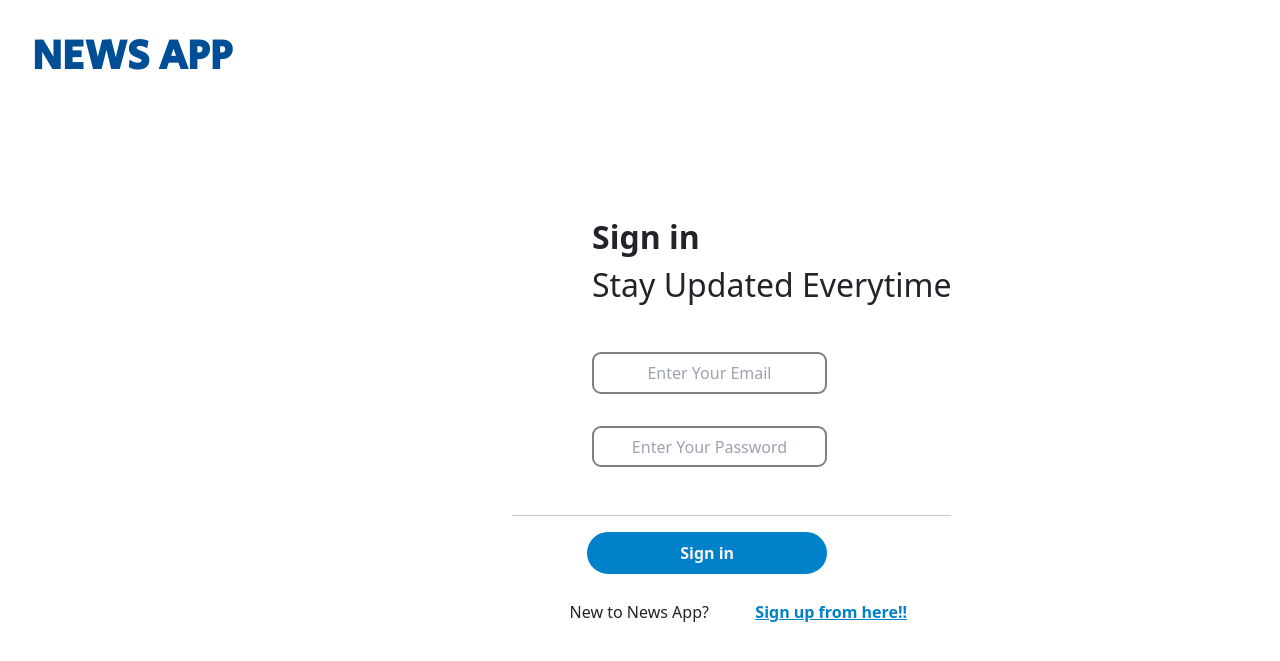
Repository: bhaveshdaipuria/newsapp
Page: /
An editor plug-in stored every save of this project. The page is shown before and after the next save, followed by the edit.
The browser window is 1280 px wide. The pictures show the whole page.
The project was rebuilt for these pictures with package versions that can differ from the ones it lists, and the page was loaded fresh each time. Also part of the build but not shown: src/components/NewsItem.jsx, src/components/Loading.jsx, src/components/News.jsx, src/components/Alert.jsx, src/components/Register.jsx, src/components/ModeSwitch.jsx.

Above is the page before, as saved 2023-04-03 18:37:44.

### public/index.html
<!DOCTYPE html>
<html lang="en">
  <head>
    <meta charset="utf-8" />
    <link rel="icon" href="%PUBLIC_URL%/favicon.ico" />
    <meta name="viewport" content="width=device-width, initial-scale=1" />
    <meta name="theme-color" content="#000000" />
    <meta
      name="description"
      content="Web site created using create-react-app"
    />
    <link rel="apple-touch-icon" href="%PUBLIC_URL%/logo192.png" />
    <!--
      manifest.json provides metadata used when your web app is installed on a
      user's mobile device or desktop. See https://developers.google.com/web/fundamentals/web-app-manifest/
    -->
    <link rel="manifest" href="%PUBLIC_URL%/manifest.json" />
    <!--
      Notice the use of %PUBLIC_URL% in the tags above.
      It will be replaced with the URL of the `public` folder during the build.
      Only files inside the `public` folder can be referenced from the HTML.

      Unlike "/favicon.ico" or "favicon.ico", "%PUBLIC_URL%/favicon.ico" will
      work correctly both with client-side routing and a non-root public URL.
      Learn how to configure a non-root public URL by running `npm run build`.
    -->
    <title>Daily News</title>
  </head>
  <body>
    <noscript>You need to enable JavaScript to run this app.</noscript>
    <div id="root"></div>
    <!--
      This HTML file is a template.
      If you open it directly in the browser, you will see an empty page.

      You can add webfonts, meta tags, or analytics to this file.
      The build step will place the bundled scripts into the <body> tag.

      To begin the development, run `npm start` or `yarn start`.
      To create a production bundle, use `npm run build` or `yarn build`.
    -->
  </body>
</html>

### src/index.js
import React from 'react';
import ReactDOM from 'react-dom/client';
import './index.css';
import App from './App';
import reportWebVitals from './reportWebVitals';
import { Provider } from 'react-redux';
import { store }  from './reduxToolkit/Store';
import 'bootstrap/dist/css/bootstrap.min.css';
import 'bootstrap/dist/js/bootstrap.bundle.min';

const root = ReactDOM.createRoot(document.getElementById('root'));

root.render(
  <React.StrictMode>
    <Provider store={store}>
    <App />
    </Provider>
  </React.StrictMode>
);

// If you want to start measuring performance in your app, pass a function
// to log results (for example: reportWebVitals(console.log))
// or send to an analytics endpoint. Learn more: https://bit.ly/CRA-vitals
reportWebVitals();

### src/App.js
import React from "react";
import './App.css'

import {
  BrowserRouter,
  Routes,
  Route
} from "react-router-dom";
import AppRoute from "./Router/AppRoute";

function App(){

  return (
    <>
    <BrowserRouter>
    <Routes>
     <Route path='*' element={<AppRoute/>}></Route>
    </Routes>
    </BrowserRouter>
    </>
  );
}

export default App;

### src/reduxToolkit/Store.jsx
import { configureStore } from "@reduxjs/toolkit";
import signInReducer from './signInStatus';
import userNameReducer from './userStatus';

export const store = configureStore({
    reducer: {
        signingIn: signInReducer,
        userNameValue: userNameReducer
    }
})

### src/App.css
@import url('https://fonts.googleapis.com/css2?family=Secular+One&display=swap');
.active{
    pointer-events: none;
    background-color: #ffffff;
    color: black;
    border-radius: 8px;
    font-weight: bolder;
    text-decoration: none;
}

.loginForm, .registerForm{
    margin-left: 40%;
    margin-top: 10%;
    display: inline-block;
}

.appHeading{
    padding-left: 2rem;
    padding-top: 2rem;
    font-size: 2.6rem;
    color: rgb(0, 78, 150);
    font-weight: bold;
    font-family: 'Secular One', sans-serif;
}
.loginHead, .registerHead{
    margin-bottom: 3rem;
}
.signInHeading, .signUpHeading{
    font-size: 2rem;
    font-weight: bold;
    margin-bottom: 0.6rem;
}
.registerInputs, .loginInputs{
    border-style: solid;
    border-color: grey;
    border-width: 2px;
    margin-bottom: 2rem;
    text-align: center;
    border-radius: 9px;
    text-align: center;
    height: 2.6rem;
}
.registerInputs:focus, .loginInputs:focus{
    border-color: rgb(0, 64, 107);
    border-width: 0.1rem;
    border-style: solid;
}
.loginSpan, .registerSpan{
    margin-left: 1.2rem;
    margin-top: -2rem;
    width: 10rem;
    margin-bottom: 1.4rem;
    font-weight: bolder;
    font-size: small;
}
.loginSubmit, .registerSubmit{
    border-style: solid;
    border-width: 2px;
    border-color: rgb(2, 129, 203);
    width: 15rem;
    border-radius: 30px;
    text-align: center;
    background-color: black;
    color: whitesmoke;
    background-color: rgb(2, 129, 203);
    margin-left: 4.7rem;
    font-weight: bold;
    margin-bottom: 1.6rem;
    height: 2.6rem;
}
.loginSubmit:hover, .registerSubmit:hover{
    background-color: rgb(2, 51, 125);
    border-color: rgb(2, 51, 125);
}
.linkDiv_Login, .registerDiv_Login{
    margin-left: 3.6rem;
}
.linkRegister, .linkLogin{
    margin-left: 2.9rem;
    color: rgb(2, 129, 203);
    font-weight: bold;
}
.registerContainer, .loginContainer{
    padding-left: 5rem;
}
hr{
    margin-bottom: 2rem;
}

### src/Router/AppRoute.jsx
import React, {useState} from 'react'
import { Routes, Route } from 'react-router-dom';
import News from '../components/News';
import PropTypes from 'prop-types';
import AuthRoute from './AuthRoute';
import Login from '../components/Login';
import ModeSwitch from '../components/ModeSwitch';
import { useSelector } from 'react-redux';

function AppRoute() {

  const signInValue = useSelector((state)=> state.signingIn.value);

    News.defaultProps = {
        newsCountry: "in",
        newsCategory: "general",
        newsNumber: 12
      }

    News.propTypes = {
      newsNumber: PropTypes.number,
      newsCategory: PropTypes.string
    }

    const[modeTxt, setModeTxt] = useState('Enable Dark Mode');
    const[hColor, setHColor] = useState('text-black');
    const[badgeColor, setBadgeColor] = useState('bg-dark');
    const[bodyColor, setBodyColor] = useState('bg-light');
    const[mode, setMode] = useState('bg-light');

    const toggleMode = ()=>{
      if(mode === 'bg-light'){
        setMode('bg-dark');
        setModeTxt('Enable Light Mode');
        setHColor('text-white');
        setBadgeColor('bg-danger');
        setBodyColor('bg-dark');
      }else{
        setMode('bg-light');
        setModeTxt('Enable Dark Mode');
        setMode('bg-light');
        setHColor('text-black');
        setBadgeColor('bg-dark');
        setBodyColor('bg-light');
      }
    }


  return (
    <Routes>
    <Route exact path='*' element={<AuthRoute/>}/>
    <Route path='/' element={<Login/>}/>
    <Route path='/:name' element={<News key='general' newsCategory='general' bodyColorProp={bodyColor} hColorProp={hColor} modeProp={mode} badgeColorProp={badgeColor} modeSwitchProp={<ModeSwitch toggleMode={toggleMode} modeTxt={modeTxt}/>}/>}/>
    <Route path='/news/general/:name' element={<News key='general' newsCategory='general' bodyColorProp={bodyColor} hColorProp={hColor} modeProp={mode} badgeColorProp={badgeColor} modeSwitchProp={<ModeSwitch toggleMode={toggleMode} modeTxt={modeTxt}/>}/>}/>
    <Route path='/news/sports/:name' element={<News key='sports' newsCategory='sports' bodyColorProp={bodyColor} hColorProp={hColor} modeProp={mode} badgeColorProp={badgeColor} modeSwitchProp={<ModeSwitch toggleMode={toggleMode} modeTxt={modeTxt}/>}/>}/>
    <Route path='/news/science/:name' element={<News key='science' newsCategory='science' bodyColorProp={bodyColor} hColorProp={hColor} modeProp={mode} badgeColorProp={badgeColor} modeSwitchProp={<ModeSwitch toggleMode={toggleMode} modeTxt={modeTxt}/>}/>}/>
    <Route path='/news/technology/:name' element={<News key='technology'newsCategory='technology' bodyColorProp={bodyColor} hColorProp={hColor} modeProp={mode} badgeColorProp={badgeColor} modeSwitchProp={<ModeSwitch toggleMode={toggleMode} modeTxt={modeTxt}/>}/>}/>
    <Route path='/news/health/:name' element={<News key='health' newsCategory='health' bodyColorProp={bodyColor} hColorProp={hColor} modeProp={mode} badgeColorProp={badgeColor} modeSwitchProp={<ModeSwitch toggleMode={toggleMode} modeTxt={modeTxt}/>}/>}/>
    <Route path='/news/business/:name' element={<News key='business' newsCategory='business' bodyColorProp={bodyColor} hColorProp={hColor} modeProp={mode} badgeColorProp={badgeColor} modeSwitchProp={<ModeSwitch toggleMode={toggleMode} modeTxt={modeTxt}/>}/>}/>
    <Route path='/news/politics/:name' element={<News key='politics' newsCategory='politics' bodyColorProp={bodyColor} hColorProp={hColor} modeProp={mode} badgeColorProp={badgeColor} modeSwitchProp={<ModeSwitch toggleMode={toggleMode} modeTxt={modeTxt}/>}/>}/>
    <Route path='/news/entertainment/:name' element={<News key='entertainment' newsCategory='entertainment' bodyColorProp={bodyColor} hColorProp={hColor} modeProp={mode} badgeColorProp={badgeColor} modeSwitchProp={<ModeSwitch toggleMode={toggleMode} modeTxt={modeTxt}/>}/>}/>
   </Routes>
  )
}

export default AppRoute

### src/reduxToolkit/signInStatus.jsx
import { createSlice } from "@reduxjs/toolkit";

const initialState = {
    value: null
}

export const isSignedIn = createSlice({
    name: 'signInReducer',
    initialState,
    reducers: {
        SIGN_IN: (state)=>{
            state.value = true;
        },
        SIGN_OUT: (state)=>{
            state.value = false;
        }
    }
})

export const {SIGN_IN, SIGN_OUT} = isSignedIn.actions;
export default isSignedIn.reducer;

### src/reduxToolkit/userStatus.jsx
import { createSlice } from "@reduxjs/toolkit";

const initialState = {
    value: null,
}

export const userID = createSlice({
    name: 'settingUserName',
    initialState,
    reducers:{
        userName: (state, action)=>{
            state.value = action.payload;
        }
    }
})

export const {userName} = userID.actions;
export default userID.reducer;

### src/components/Login.jsx
import React, {useState} from 'react';
import { useForm } from 'react-hook-form';
import { useDispatch } from 'react-redux';
import { Link, useNavigate } from 'react-router-dom';
import Alert from './Alert';
import { SIGN_IN } from '../reduxToolkit/signInStatus';
import { userName } from '../reduxToolkit/userStatus';
import { useSelector } from 'react-redux';

function Login(){

  let dispatch = useDispatch();

  if(document.body.classList.contains('bg-dark')){
    document.body.classList.remove('bg-dark');
  }else if(document.body.classList.contains('bg-light')){
    document.body.classList.remove('bg-light');
  }

  const{handleSubmit, register, formState: {errors}} = useForm({
   mode: "onChange"
  });

  let navigate = useNavigate();

  const[loginStatus, setLoginStatus] = useState();

  document.title = 'News - Login';
  document.body.style.backgroundColor = 'white';

  const onSubmit = (data) =>{
    const userData = JSON.parse(localStorage.getItem(data.email));
    if (userData) {
        if (userData.password === data.password){
          dispatch(SIGN_IN());
          dispatch(userName(userData.name));
          setLoginStatus(true);
          setTimeout(()=>{
            navigate(`/${userNameValue}`);
          }, 2000)
        } else {
          setLoginStatus(false);
        }
      }else{
        alert('This account does not exist. Register first.');
      }
  }

  let userNameValue = useSelector((state)=>state.userNameValue.value);

  return (
    <>
    {(loginStatus === true) && <Alert colorStatus='success' loginText='Login Successful!!!'></Alert>}
    {(loginStatus === false) && <Alert colorStatus='danger' loginText='Wrong Password. Try Again.'></Alert>}
    <h1 className='appHeading'>NEWS APP</h1>
    <div className='loginForm'>
    <form onSubmit={handleSubmit(onSubmit)}>
    <div className='loginContainer'>

    <div className='loginHead'>
    <h1 className='signInHeading'>Sign in</h1>
    <h2>Stay Updated Everytime</h2>
    </div>

    <input type="email" {...register('email', {required: "Email Required", pattern: {value: /^[A-Z0-9._%+-]+@[A-Z0-9.-]+\.[A-Z]{2,}$/i, message: "Enter Valid Email"}})} placeholder="Enter Your Email" className='loginInputs' disabled={loginStatus}/><br/>
    {errors.email && <div className='loginSpan text-start'><span className='text-red-900 text-sm'>*{errors.email.message}</span></div>}

    <input type="password" {...register('password', {required: "Password Required"})} placeholder="Enter Your Password" className='loginInputs' disabled={loginStatus}/><br/>
    {errors.password && <div className='loginSpan text-start'><span className='text-red-900 text-sm'>*{errors.password.message}</span></div>}
    </div>

    <hr />

    <div className='loginLinks'>
    <button type='submit' className='loginSubmit'>Sign in</button><br />
    <div className='linkDiv_Login'>
    <span>New to News App?</span>
    <Link to = "/signup" className='linkRegister'>Sign up from here!!</Link>
    </div>
    </div>

    </form>
    </div>
    </>
  )
}

export default Login;

### src/Router/AuthRoute.jsx
import React from 'react';
import {Routes, Route} from 'react-router-dom';
import Login from '../components/Login';
import Register from '../components/Register';

function AuthRoute(){

  return (
    <Routes>
    <Route path='/signin' element={<Login/>}/>
    <Route path='/signup' element={<Register/>}/>
    </Routes>
  )
}

export default AuthRoute;

Loaded but not shown: src/index.css (common file); src/reportWebVitals.js (common file); tailwind.config.js (common file)

After the next save:
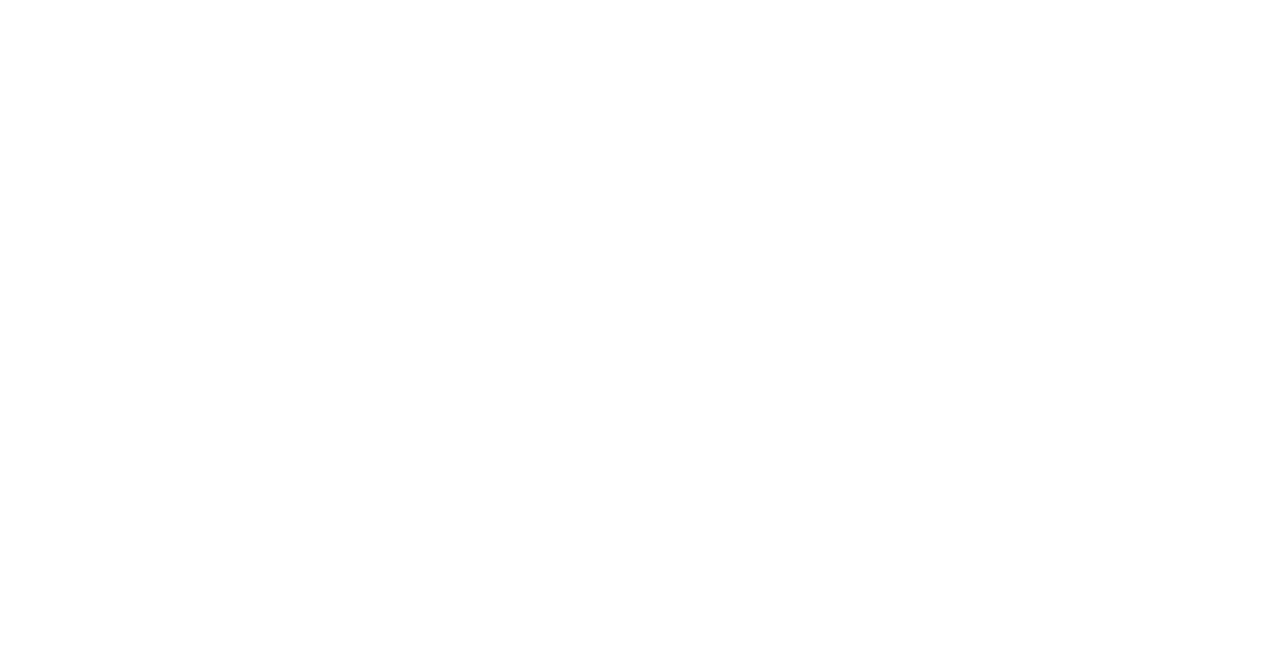
Saved 22 s later.
--- a/src/Router/AppRoute.jsx
+++ b/src/Router/AppRoute.jsx
@@ -49,7 +49,7 @@
   return (
     <Routes>
     <Route exact path='*' element={<AuthRoute/>}/>
-    <Route path='/' element={<Login/>}/>
+    <Route path=':name' element={<Login/>}/>
     <Route path='/:name' element={<News key='general' newsCategory='general' bodyColorProp={bodyColor} hColorProp={hColor} modeProp={mode} badgeColorProp={badgeColor} modeSwitchProp={<ModeSwitch toggleMode={toggleMode} modeTxt={modeTxt}/>}/>}/>
     <Route path='/news/general/:name' element={<News key='general' newsCategory='general' bodyColorProp={bodyColor} hColorProp={hColor} modeProp={mode} badgeColorProp={badgeColor} modeSwitchProp={<ModeSwitch toggleMode={toggleMode} modeTxt={modeTxt}/>}/>}/>
     <Route path='/news/sports/:name' element={<News key='sports' newsCategory='sports' bodyColorProp={bodyColor} hColorProp={hColor} modeProp={mode} badgeColorProp={badgeColor} modeSwitchProp={<ModeSwitch toggleMode={toggleMode} modeTxt={modeTxt}/>}/>}/>

After the save that followed:
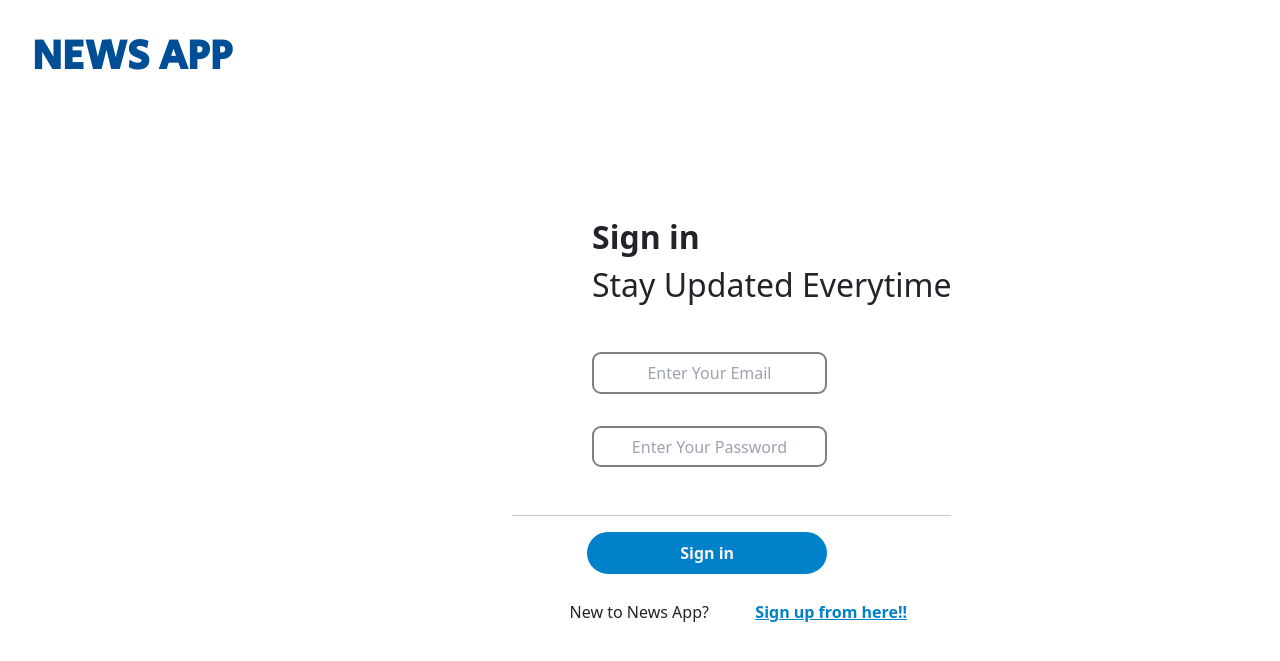
Saved 13 s later.
--- a/src/Router/AppRoute.jsx
+++ b/src/Router/AppRoute.jsx
@@ -49,7 +49,7 @@
   return (
     <Routes>
     <Route exact path='*' element={<AuthRoute/>}/>
-    <Route path=':name' element={<Login/>}/>
+    <Route path='/' element={<Login/>}/>
     <Route path='/:name' element={<News key='general' newsCategory='general' bodyColorProp={bodyColor} hColorProp={hColor} modeProp={mode} badgeColorProp={badgeColor} modeSwitchProp={<ModeSwitch toggleMode={toggleMode} modeTxt={modeTxt}/>}/>}/>
     <Route path='/news/general/:name' element={<News key='general' newsCategory='general' bodyColorProp={bodyColor} hColorProp={hColor} modeProp={mode} badgeColorProp={badgeColor} modeSwitchProp={<ModeSwitch toggleMode={toggleMode} modeTxt={modeTxt}/>}/>}/>
     <Route path='/news/sports/:name' element={<News key='sports' newsCategory='sports' bodyColorProp={bodyColor} hColorProp={hColor} modeProp={mode} badgeColorProp={badgeColor} modeSwitchProp={<ModeSwitch toggleMode={toggleMode} modeTxt={modeTxt}/>}/>}/>
